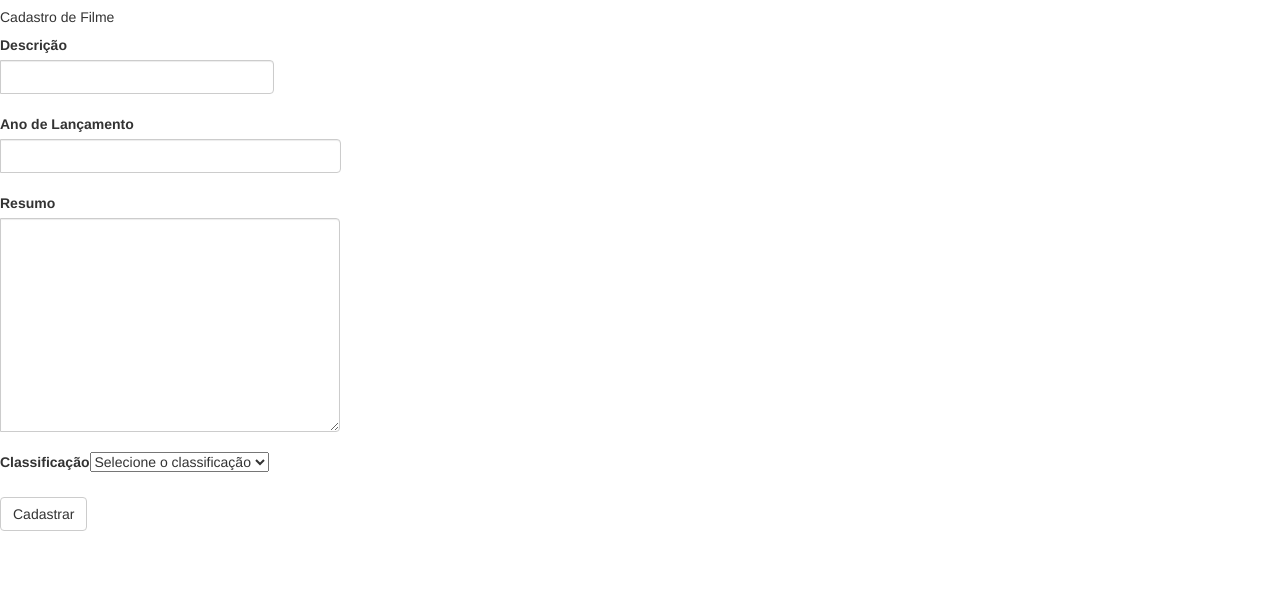
Repository: cadupedrassani/CursoDeJava
Page: Avaliação/BaseAPI/WebApp/src/main/webapp/filme/cadastro.html
An editor plug-in stored every save of this project. The page is shown before and after the next save, followed by the edit.
The browser window is 1280 px wide. The pictures show the whole page.

Above is the page before, as saved 2016-12-06 16:13:30.

### Avaliação/BaseAPI/WebApp/src/main/webapp/filme/cadastro.html
<!DOCTYPE html>
<html>
<head>
<meta charset="ISO-8859-1">
<title>Insert title here</title>
<link rel="stylesheet" href="/WebApp/resources/css/bootstrap.min.css">
</head>
<body>
<div>
	<h5>Cadastro de Filme</h5>
</div>
<div class="input-group">
	<label>Descrição</label>
	<input id="descricao-filme"
	       type="text"
	       class="form-control"></input>
</div>
</br>

<div class="input-group">
	<label>Ano de Lançamento</label>
	<input id="ano-filme"
	       type="text"
	       class="form-control"></input>
</div>
</br>

<div class="input-group">
	<label>Resumo</label>
	<textarea rows="10"
			  cols="30"
			  id="resumo-filme"
	       	  class="form-control"></textarea>
</div>
</br>

<div class="input-group">
	<label>Classificação</label>
		<select>
    		<option value="" disabled="disabled" selected="selected">Selecione o classificação</option>
    		<option value="1">1</option>
    		<option value="2">2</option>
    		<option value="3">3</option>
    		<option value="4">4</option>
    		<option value="5">5</option>
		</select>
</div>
</br>

<div class="input-group">
	<button id="cadastrar"
	        type="button"
	        class="btn btn-default gold"
	        onclick="cadastrarEndereco();">Cadastrar</button>
</div>

<div id="modal-mensagens" class="modal fade" tabindex="-1" role="dialog">
	<div class="modal-dialog" role="document">
		<div class="modal-content">
			<div class="modal-header">
				<h5 id="modal-title" class="modal-title"></h5>
			</div>
			<div class="modal-body">
				<label id="modal-mensagem"></label>
			</div>
			<div class="modal-footer">
				<button type="button"
						class="btn btn-default gold"
						data-dismiss="modal">OK</button>
			</div>
		</div>
	</div>
</div>

<script src="/WebApp/resources/js/jquery.min.js"></script>
<script src="/WebApp/resources/js/bootstrap.min.js"></script>
<script src="/WebApp/resources/js/default.js"></script>
<script src="/WebApp/resources/js/filme.js"></script>

</body>
</html>

### Avaliação/BaseAPI/WebApp/src/main/webapp/resources/js/default.js

function abrirTelaCadastroCategoria(){
	var url = "/WebApp/categoria/cadastro.html";
	$.get(url, '', function(data){
		$('#conteudo-principal').html(data);
	})
}

function abrirTelaPesquisaCategoria(){
	var url = "/WebApp/categoria/pesquisa.html";
	$.get(url, '', function(data){
		$('#conteudo-principal').html(data)
	})
}


function abrirTelaCadastroEndereco(){
	var url = "/WebApp/endereco/cadastro.html";
	$.get(url, '', function(data){
		$('#conteudo-principal').html(data);
	})
}

function abrirTelaCadastroFilme(){
	var url = "/WebApp/filme/cadastro.html";
	$.get(url, '', function(data){
		$('#conteudo-principal').html(data);
	})
}

### Avaliação/BaseAPI/WebApp/src/main/webapp/resources/js/filme.js
function cadastrarFilme(){

	var ano = $("#ano-filme").val();
	var classificacao = $("#classificacao-filme").val();
	var descricao = $("#descricao-filme").val();
	var duracao = $("#duracao-filme").val;
	var resumo = $("#resumo-filme").val();

	var filmeDTO = new Object();
	var operacao = "/ControleAPI/endereco/cadastrarFilme"

	filmeDTO.ano = ano;
	filmeDTO.classificacao = classificacao;
	filmeDTO.descricao = descricao;
	filmeDTO.duracao = duracao;
	filmeDTO.resumo = resumo;

	$.ajax({
		method: "POST",
		url: operacao,
		data: JSON.stringify(filmeDTO),
		contentType: "application/json"
	}).done(function (data){
		var mensagem = "";
		var titulo = "";
		if(data.mensagem != undefined && data.mensagem != null && data.mensagem != ''){
			titulo = "Atenção";
			mensagem = data.mensagem;
		}else{
			titulo = 'Sucesso';
			mensagem = "Filme cadastrado com sucesso.";
		}
		mostrarModal(titulo, mensagem)
	});
}

Loaded but not shown: Avaliação/BaseAPI/WebApp/src/main/webapp/resources/css/bootstrap.min.css (library); Avaliação/BaseAPI/WebApp/src/main/webapp/resources/js/jquery.min.js (library); Avaliação/BaseAPI/WebApp/src/main/webapp/resources/js/bootstrap.min.js (library)

After the next save:
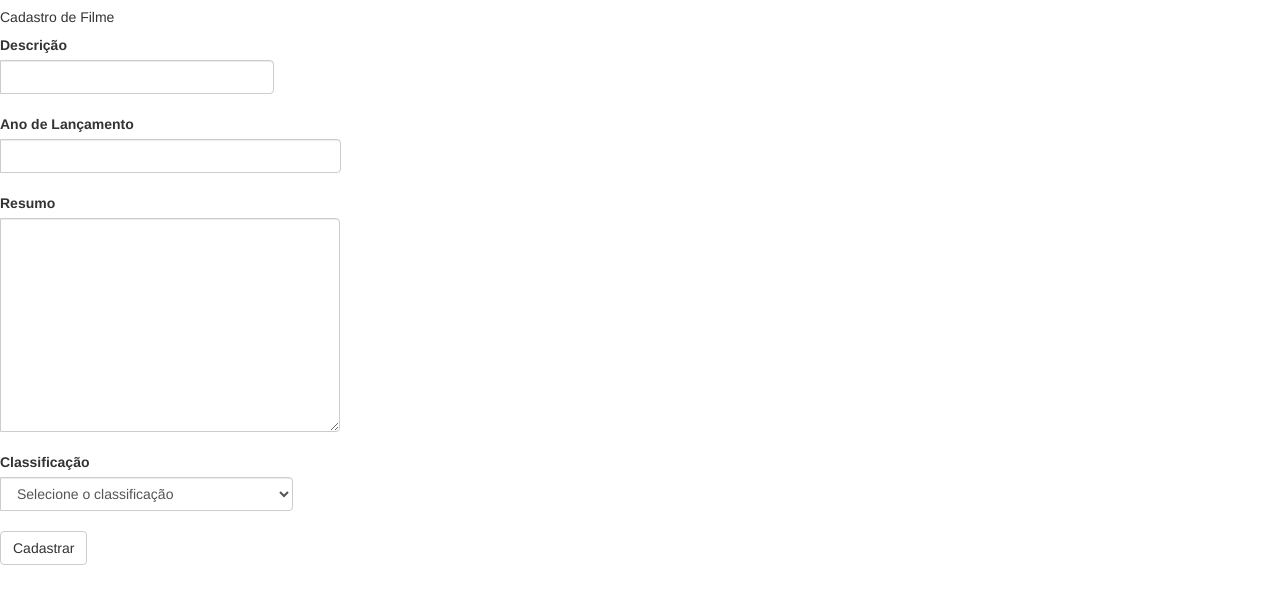
Saved 56 s later.
--- a/Avaliação/BaseAPI/WebApp/src/main/webapp/filme/cadastro.html
+++ b/Avaliação/BaseAPI/WebApp/src/main/webapp/filme/cadastro.html
@@ -36,7 +36,7 @@
 
 <div class="input-group">
 	<label>Classificação</label>
-		<select>
+		<select id="classificacao-filme" class="form-control">
     		<option value="" disabled="disabled" selected="selected">Selecione o classificação</option>
     		<option value="1">1</option>
     		<option value="2">2</option>
